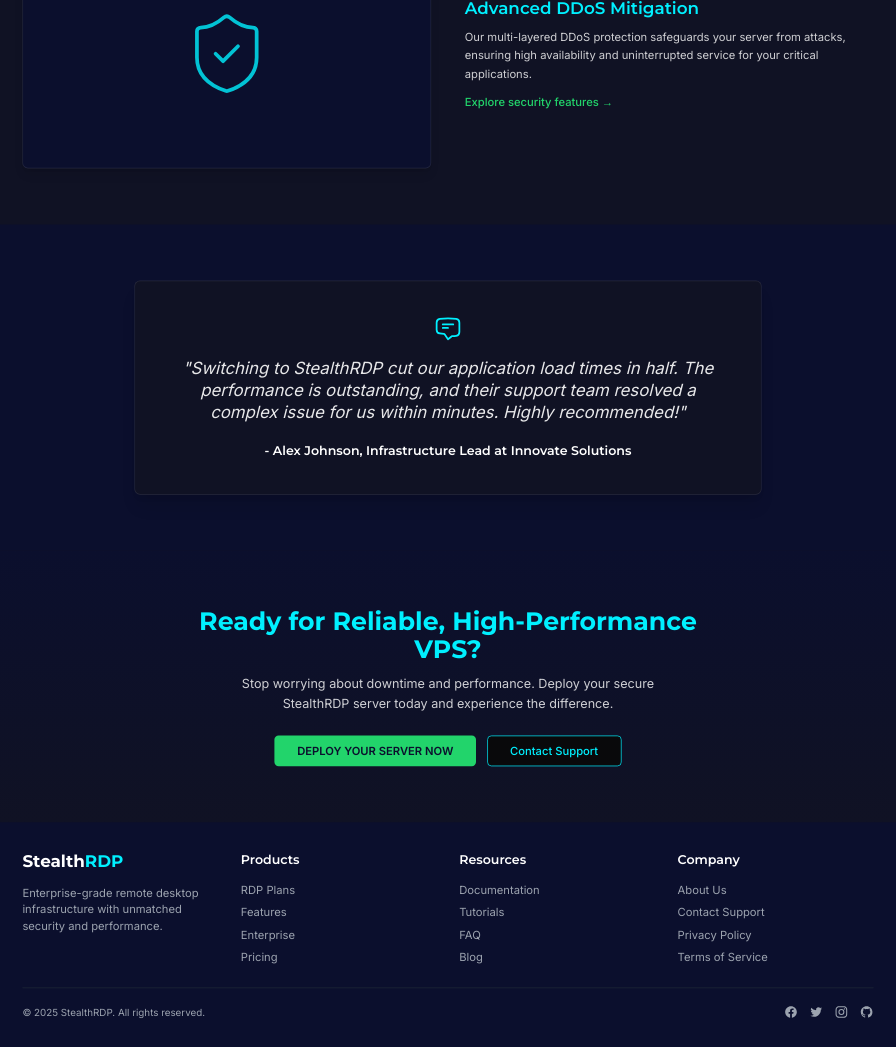
Repository: Husnainn01/stealthrdp2
Page: /
An editor plug-in stored every save of this project. The page is shown before and after the next save, followed by the edit.
The browser window is 1280 px wide. The pictures show the part of the page from y = 2684 to 4604 px (the page is 4180 px tall before and 4604 px after), at 70% of full size.
The project was rebuilt for these pictures with package versions that can differ from the ones it lists, and the page was loaded fresh each time. Also part of the build but not shown: vite.config.ts, src/components/ui/tooltip.tsx, src/components/ui/accordion.tsx, src/pages/FAQ.tsx, src/components/ui/card.tsx, src/components/ui/tabs.tsx, src/pages/Plans.tsx, src/pages/Features.tsx and 1 more.

Above is the page before, as saved 2025-05-05 23:28:00.

After the next save:
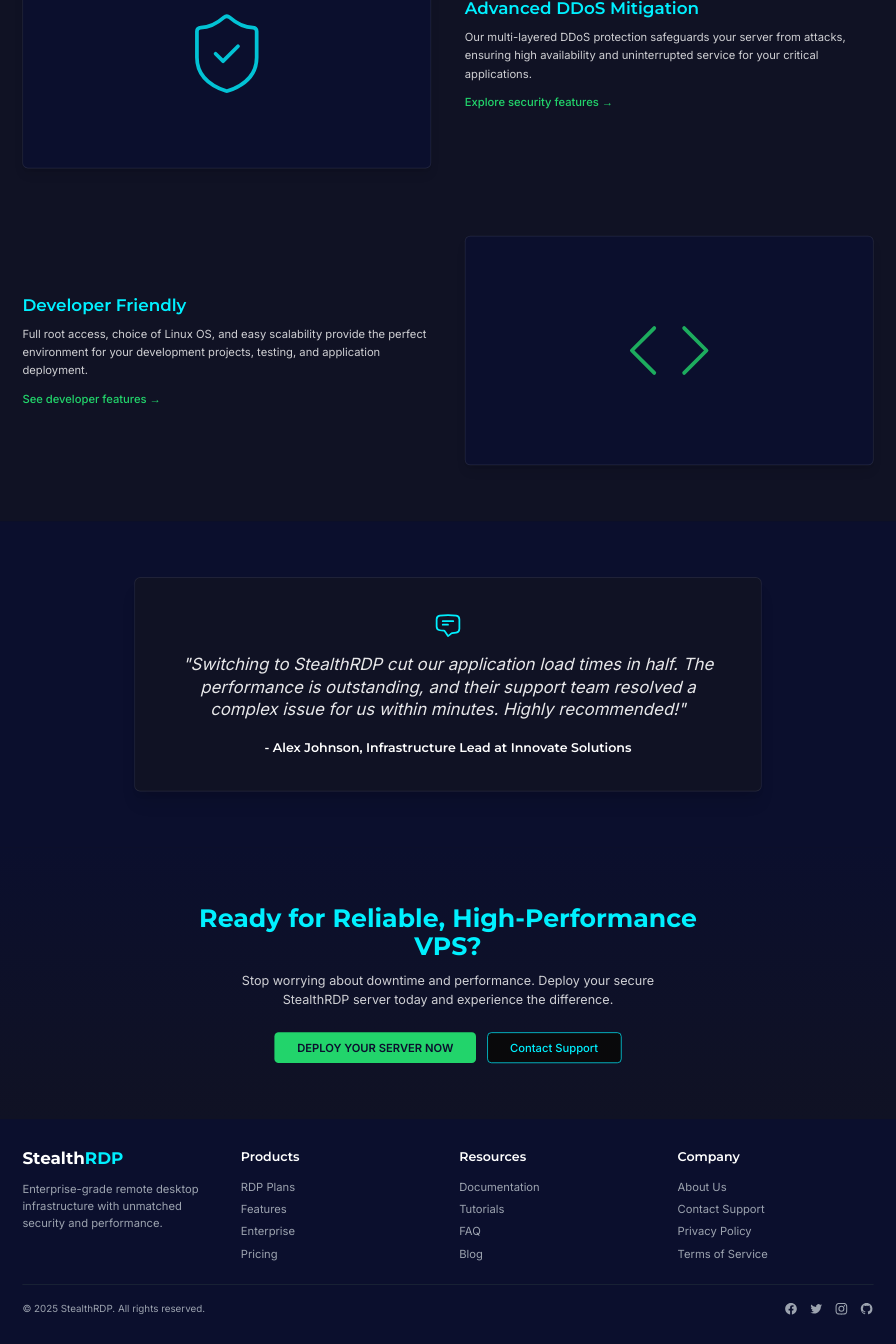
Saved 21 s later.
--- a/src/pages/Index.tsx
+++ b/src/pages/Index.tsx
@@ -2,7 +2,7 @@
 import { Link } from 'react-router-dom';
 import Layout from '@/components/Layout';
 import { Button } from '@/components/ui/button';
-import { Check, Zap, ShieldCheck, Clock, Users } from 'lucide-react';
+import { Check, Zap, ShieldCheck, Clock, Users, Code } from 'lucide-react';
 
 const Index = () => {
   return (
@@ -226,6 +226,20 @@
             </div>
           </div>
 
+          {/* NEW Feature Row 3: Developer Focus */}
+          <div className="grid grid-cols-1 md:grid-cols-2 gap-12 items-center mt-16 md:mt-24">
+             <div className="md:order-2 flex justify-center items-center p-8 bg-midnight rounded-lg aspect-video border border-white/10 shadow-lg">
+               <Code size={16} className="h-24 w-24 md:h-32 md:w-32 text-cyber opacity-80" strokeWidth={1} />
+             </div>
+             <div className="md:order-1">
+               <h3 className="text-2xl font-semibold font-montserrat text-electric mb-3">Developer Friendly</h3>
+               <p className="text-white/80 leading-relaxed mb-4">
+                 Full root access, choice of Linux OS, and easy scalability provide the perfect environment for your development projects, testing, and application deployment.
+               </p>
+               <Link to="/features#developer" className="text-cyber font-medium hover:underline">See developer features →</Link>
+             </div>
+           </div>
+
         </div>
       </section>
 
